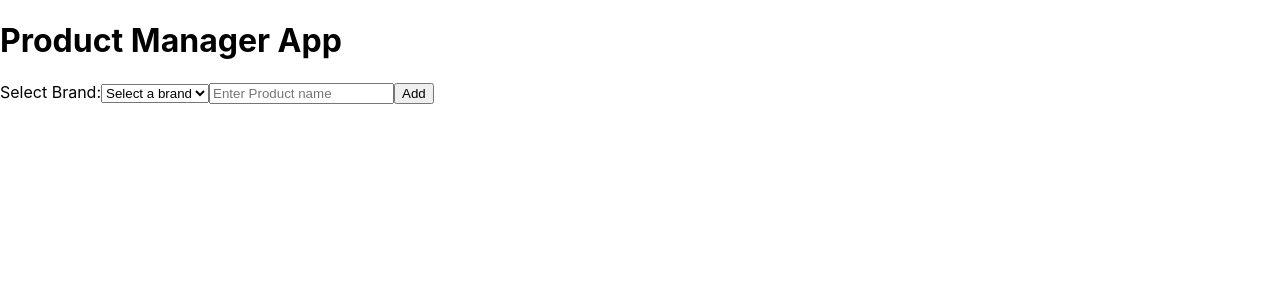
Repository: sunilkc-7/product-manager-app
Page: /
The author's editor kept a copy of each file at every save. The page is drawn from the files as they stood at one save, then again after the next save.
The browser window is 1280 px wide. The pictures show the whole page.
The project was rebuilt for these pictures with package versions that can differ from the ones it lists, and the page was loaded fresh each time.

Above is the page before, as saved 2023-07-31 15:53:33.

After the next save:
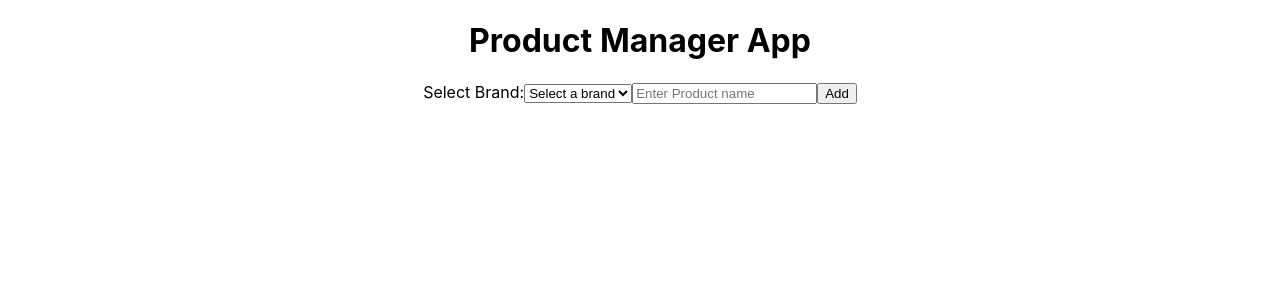
Saved 20 s later.
--- a/src/App.css
+++ b/src/App.css
@@ -7,6 +7,7 @@
 
 .App {
   display: flex;
-  /* justify-content: center; */
   flex-direction: column;
+  justify-content: center;
+  align-items: center;
 }
